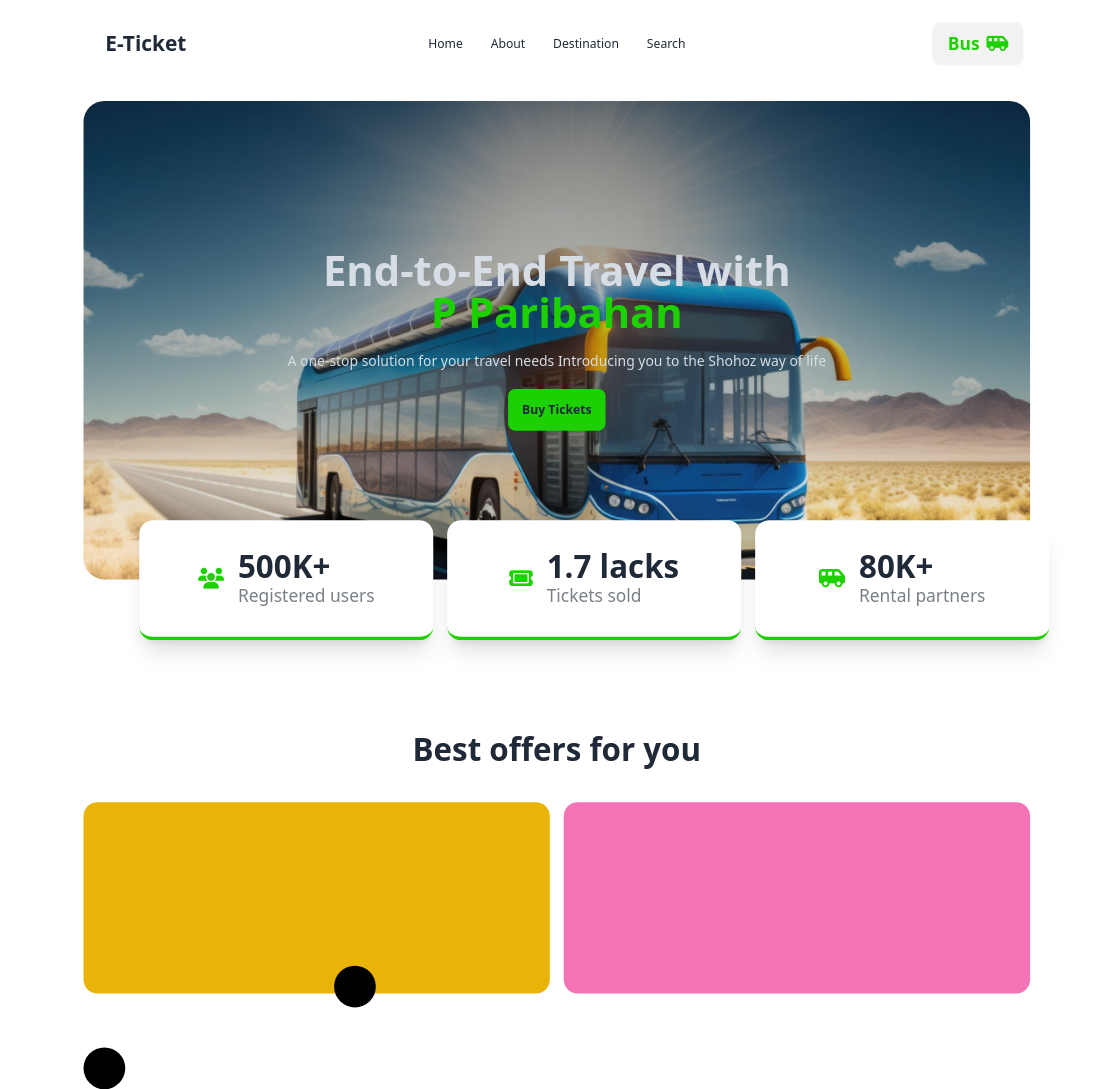
Repository: RudrasahaDibos/Smart-ticketing
Page: index.html
An editor plug-in stored every save of this project. The page is shown before and after a run of saves, followed by the edit.
The browser window is 1280 px wide. The pictures show the whole page, at 87% of full size.
Some web fonts or font styles are not loaded; a fallback is used. Some web libraries are served in a nearby version.

Above is the page before, as saved 2024-11-10 01:17:31.

After the next 3 saves:
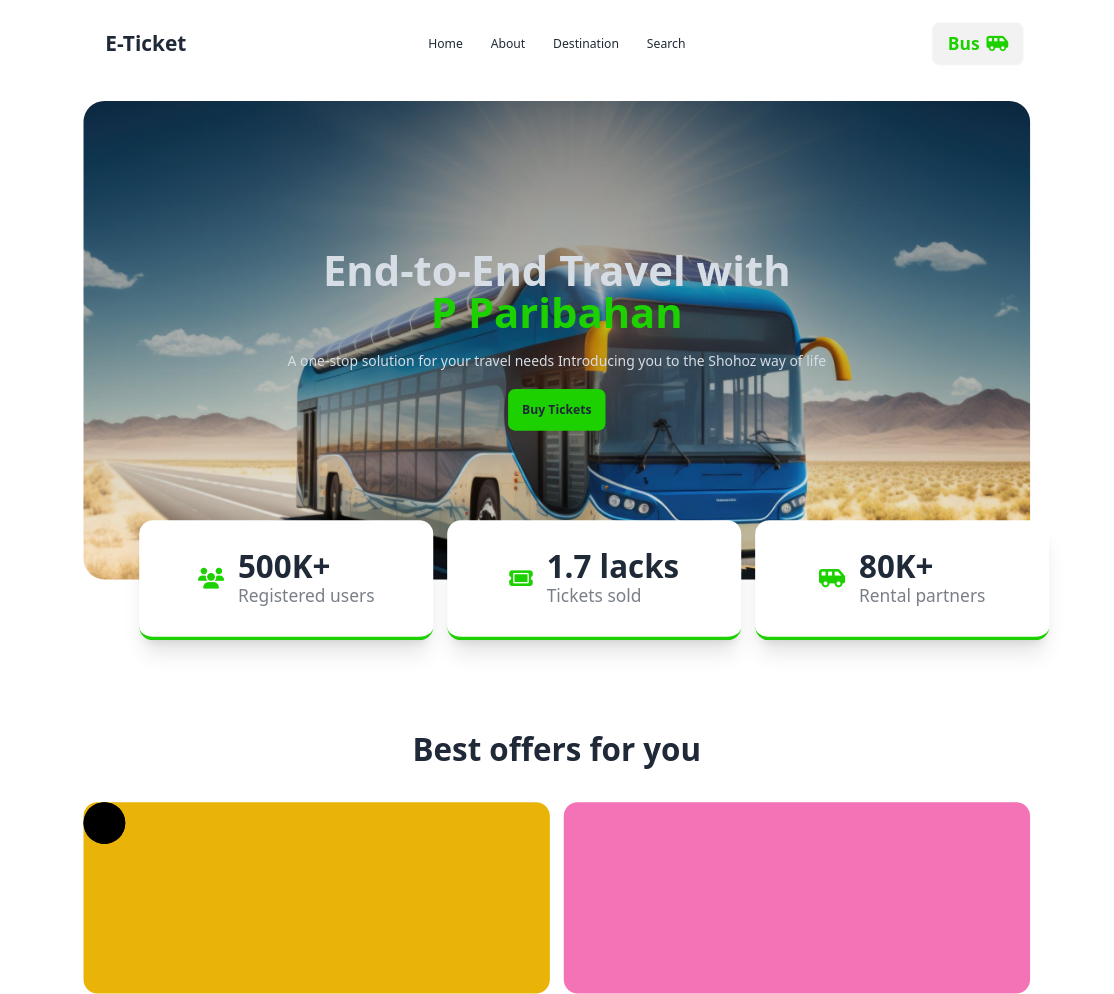
The 3 saves are shown as one change because they came seconds apart.
The last was saved 12 s later.
--- a/index.html
+++ b/index.html
@@ -156,8 +156,8 @@
 
                                 <div class="flex gap-4 mt-10">
                                     <div class="bg-yellow-500  w-[573px] h-[220px] relative rounded-2xl">
-                                               <p class="bg-black w-[48px] h-[48px] absolute mx-auto rounded-full  -bottom-4 ml-72 "></p>
-                                               <p class="bg-black w-[48px] h-[48px] absolute mx-auto rounded-full -bottom-2/4  "></p>
+                                               <p class="bg-black w-[48px] h-[48px] absolute mx-auto rounded-full   "></p>
+                                               <p class="bg-black w-[48px] h-[48px] absolute mx-auto rounded-full   "></p>
                                     </div>
                                     <div class="bg-pink-400   w-[573px] h-[220px] rounded-2xl">
 
